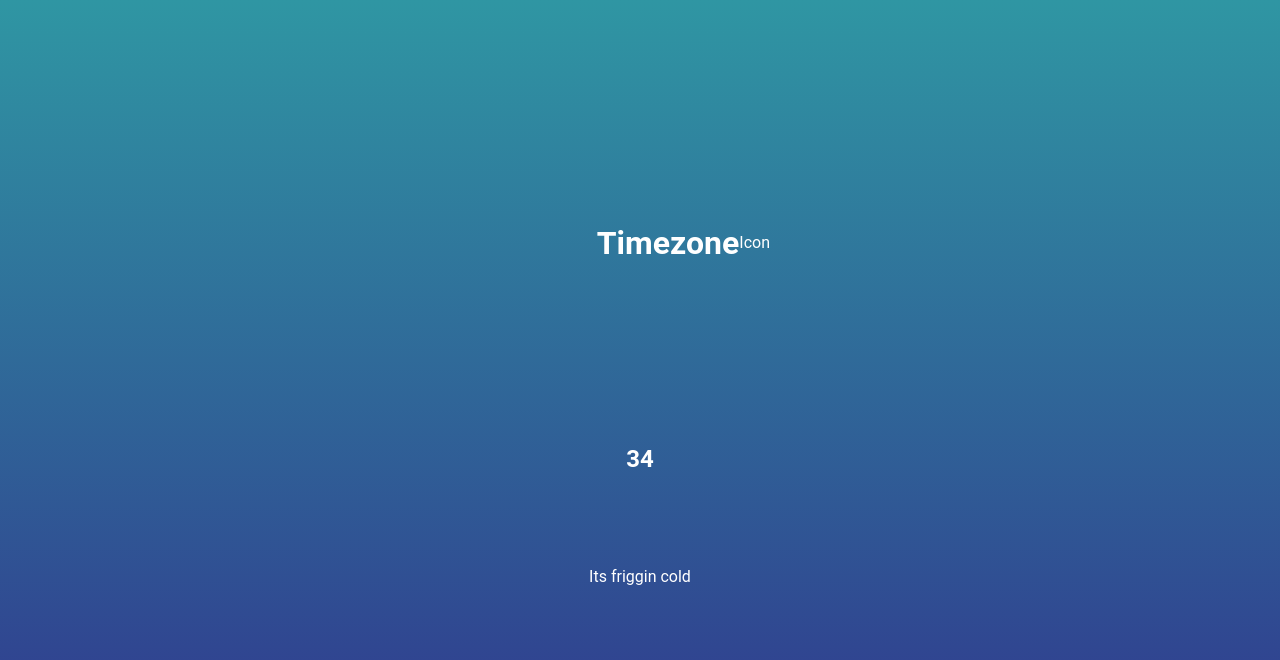
Repository: BaczkiewiczDawid/weatherApp
Page: index.html
An editor plug-in stored every save of this project. The page is shown before and after the next save, followed by the edit.
The browser window is 1280 px wide. The pictures show the whole page.

Above is the page before, as saved 2020-02-22 19:19:05.

After the next save:
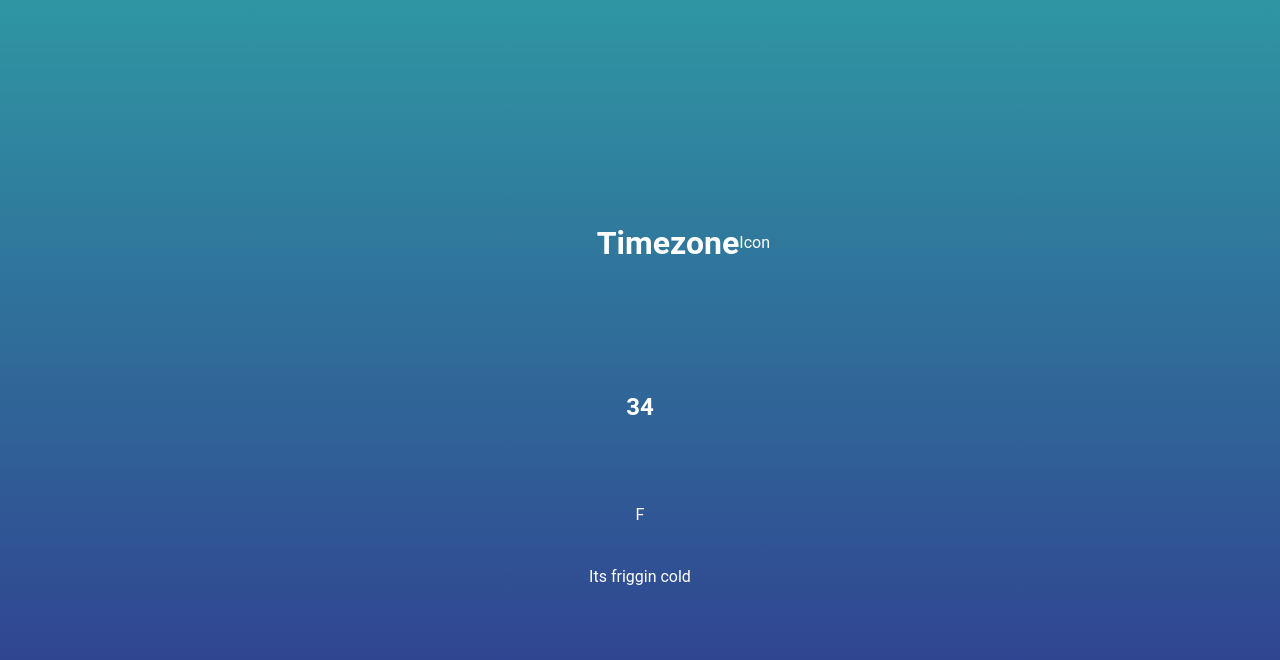
Saved 11 s later.
--- a/index.html
+++ b/index.html
@@ -12,6 +12,7 @@
     </div>
     <div class="temperature">
         <h2 class="degree">34</h2>
+        <span>F</span>
     </div>
     <div class="temperature-description">Its friggin cold</div>
     <script src="app.js"></script>
